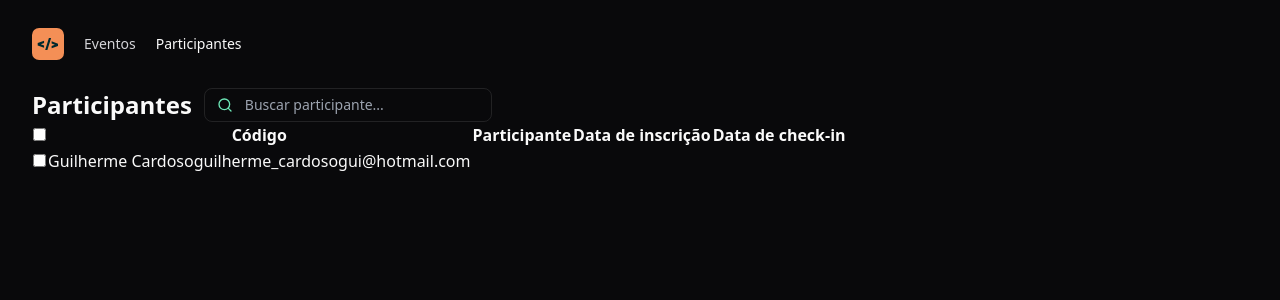
Repository: guilhermecardoso93/nlw-unite-react-2024
Page: /
The author's editor kept a copy of each file at every save. The page is drawn from the files as they stood at one save, then again after the next save.
The browser window is 1280 px wide. The pictures show the whole page.
The project was rebuilt for these pictures with package versions that can differ from the ones it lists, and the page was loaded fresh each time. Also part of the build but not shown: vite.config.ts.

Above is the page before, as saved 2024-04-01 21:29:59.

After the next save:
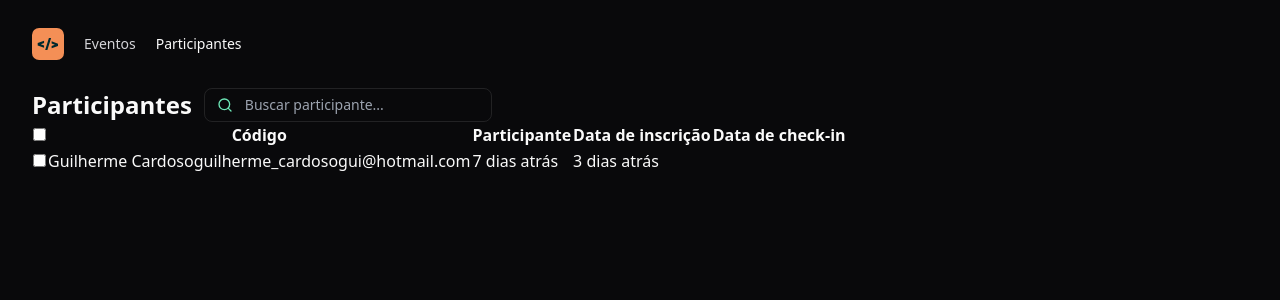
Saved 28 s later.
--- a/src/components/attendee-list.tsx
+++ b/src/components/attendee-list.tsx
@@ -30,7 +30,7 @@ export function AttendeeList() {
         <tbody>
           <tr>
             <td>
-              <input type="checkbox"/>
+              <input type="checkbox" />
             </td>
             <td>
               <div>
@@ -38,6 +38,9 @@ export function AttendeeList() {
                 <span>guilherme_cardosogui@hotmail.com</span>
               </div>
             </td>
+            <td>7 dias atrás</td>
+            <td>3 dias atrás</td>
+            <td></td>
           </tr>
         </tbody>
       </table>
